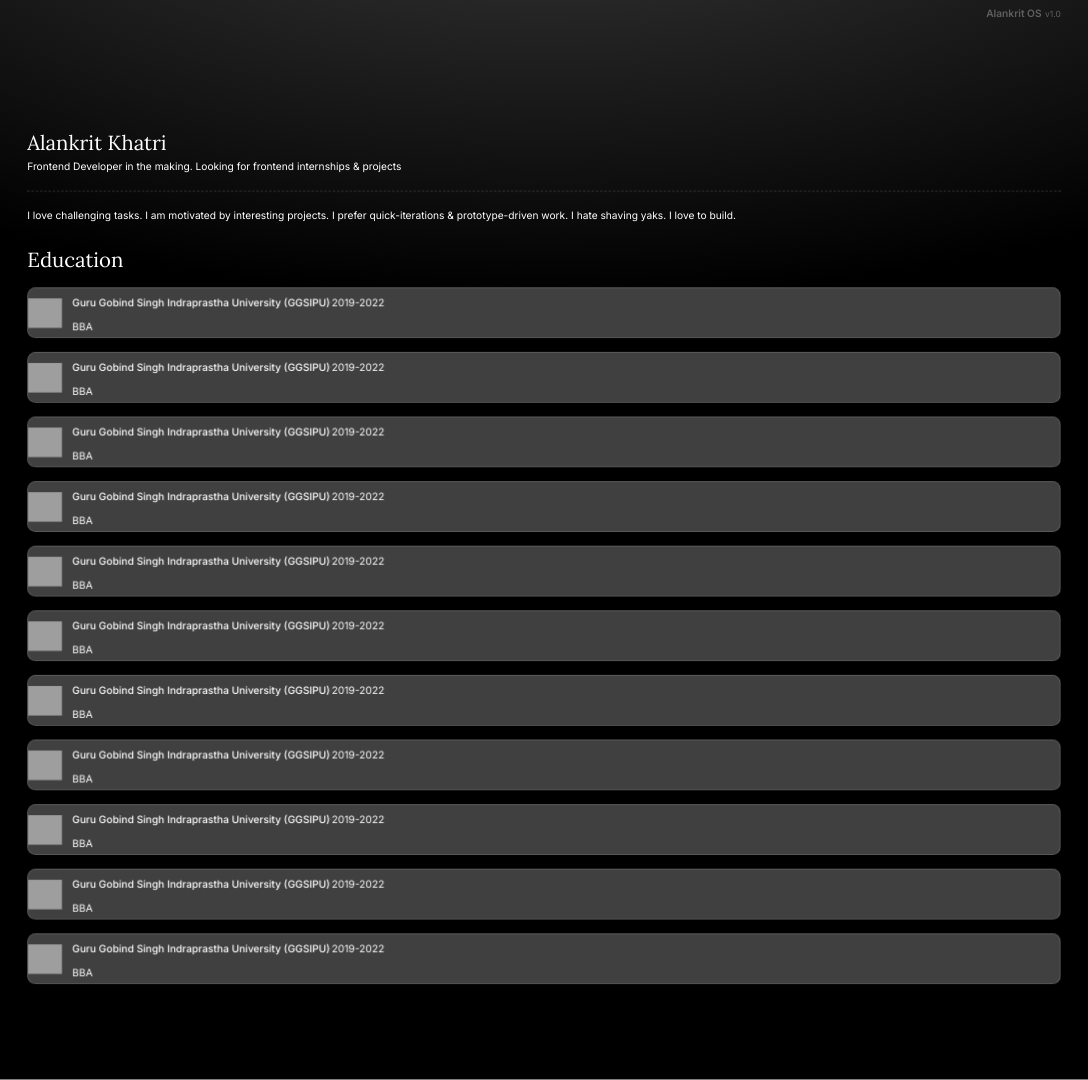
Repository: alankritkhatri/alankrit.xyz
Page: /
An editor plug-in stored every save of this project. The page is shown before and after the next save, followed by the edit.
The browser window is 1280 px wide. The pictures show the whole page, at 85% of full size.
Pictures or frames that could not be fetched are drawn as grey boxes. The project was rebuilt for these pictures with package versions that can differ from the ones it lists, and the page was loaded fresh each time. Also part of the build but not shown: vite.config.js, src/blog.jsx.

Above is the page before, as saved 2024-08-11 20:50:26.

### index.html
<!DOCTYPE html>
<html lang="en">
  <head>
    <meta charset="UTF-8" />

    <link rel="icon" type="image/svg+xml" href="/vite.svg" />
    <link rel="preconnect" href="https://fonts.googleapis.com" />
    <link rel="preconnect" href="https://fonts.gstatic.com" crossorigin />
    <link
      href="https://fonts.googleapis.com/css2?family=Inter:wght@100..900&display=swap"
      rel="stylesheet"
    />

    <link
      href="https://fonts.googleapis.com/css2?family=Lora:ital,wght@0,400..700;1,400..700&display=swap"
      rel="stylesheet"
    />
    <!-- Linkedin link -->
    <script
      src="https://platform.linkedin.com/badges/js/profile.js"
      async
      defer
      type="text/javascript"
    ></script>
<meta name="viewport" content="width=device-width, initial-scale=1.0">
    <title>AlankritOS</title>
  </head>
  <body>
    <div id="root"></div>
    <script type="module" src="/src/main.jsx"></script>
  </body>
</html>

### src/App.jsx
import "./App.css";
import { BrowserRouter as Router, Routes, Route, Link } from "react-router-dom";
import Blog from "./blog";
import Home from "./pages/Home/Home";
const App = () => {
  return (
    <div className="main">
      <Router>
        <Link to="/">
          <div className="logo">
            <h1>Alankrit OS</h1>
            <span>v1.0</span>
          </div>
        </Link>
        <Routes>
          <Route path="/" element={<Home />} />
          <Route path="blog" element={<Blog />} />
        </Routes>
      </Router>
    </div>
  );
};

export default App;

### src/App.css
* {
  margin: 0px;
  padding: 0px;
  box-sizing: border-box;
  font-family: Inter, Haettenschweiler, "Arial Narrow Bold", sans-serif;
}

body,html{
  min-height: 100vh;
background: radial-gradient(100% 50% at 50% -20%, #404040, #000000);
  background-repeat: no-repeat;
}
.main {



  h1 {
    line-height: 32px;
  }
  h2 {
    line-height: 24px;
  }
  h3 {
    line-height: 16px;
  }
  p {
    line-height: 24px;
  }
  color: white;

  padding: 0px 32px;
  a {
    text-decoration: none;
  }
  .logo {
    color: rgba(126, 121, 121, 0.726);
    display: flex;
    align-items: center;
    justify-content: flex-end;
    gap: 4px;

    font-family: monospace;
    animation: flicker 2s infinite;
    h1 {
      font-size: 12px;
      font-weight: 600;
    }
    span {
      font-size: 10px;
      font-weight: 400;
    }
  }
}
/* logo flickr animation */
@keyframes flicker {
  0% {
    opacity: 0;
  }
  9% {
    opacity: 0;
  }
  10% {
    opacity: 0.5;
  }
  13% {
    opacity: 0;
  }
  20% {
    opacity: 0.5;
  }
  25% {
    opacity: 1;
  }
}
@media only screen and (max-width: 600px) {
    body {
        background-color: rgb(255, 188, 3);
    }
}

### src/pages/Home/Home.jsx
import Infosection from "../../components/Info-Section/Infosection.jsx";
import "./Home.css";
import data from "../../alankrit_data/data.json";
const Home = () => {
  return (
    <div className="home">
      <div
        className="badge-base LI-profile-badge"
        data-locale="en_US"
        data-size="medium"
        data-theme="dark"
        data-type="VERTICAL"
        data-vanity="alankrit-khatri"
        data-version="v1"
      >
        {" "}
        </div>

      <div className="about-section">
        <h1 className="name">Alankrit Khatri</h1>
        <p>
          Frontend Developer in the making. Looking for frontend internships &
          projects
        </p>
        <div className="dashed-line"></div>
        <p>
          I love challenging tasks. I am motivated by interesting projects. I
          prefer quick-iterations & prototype-driven work. I hate shaving yaks.
          I love to build.
        </p>
      </div>
      <div className="education-section">
        <h1>Education</h1>
        <Infosection {...data} />
        <Infosection {...data} />
        <Infosection {...data} />
        <Infosection {...data} />
        <Infosection {...data} />
        <Infosection {...data} />
        <Infosection {...data} />
        <Infosection {...data} />
        <Infosection {...data} />
        <Infosection {...data} />
        <Infosection {...data} />
        {console.log(data)}
      </div>
    </div>
  );
};

export default Home;

### src/components/Info-Section/Infosection.jsx
import "./infoSection.css";
const Infosection = (props) => {
  return (
    <>
      <div className="infosection-details">
        <img
          src={props[0].educationDetails.bachelors.logo}
          alt=""
          style={{ width: "40px", height: "35px" }}
        />
        <div className=" infosection-info">
          <div className="infosection-info-top ">
            <h2 style={{ opacity: "1", fontWeight: "500" }}>
              {props[0].educationDetails.bachelors.schoolName}
            </h2>
            <div className="dashed-line"></div>
            <h2> {props[0].educationDetails.bachelors.schoolYears} </h2>
          </div>

          <div className="infosection-info-bottom">
            <h2> {props[0].educationDetails.bachelors.course}</h2>
          </div>
        </div>
      </div>
    </>
  );
};

export default Infosection;

### src/pages/Home/Home.css
.home {
  margin: 96px 0px;
  display: flex;
  flex-direction: column;
  gap: 24px;
  /* dashed line  */
  .dashed-line {
    margin: 16px 0px;
    opacity: 0.1;
    border-width: 1px;
    border-style: dashed;
    color: rgb(255 255 255);
  }
  .hide {
    display: none;
  }
  h1 {
    font-family: "Lora", serif;
    font-size: 24px;
    font-weight: 400;
  }
  h2 {
    font-size: 12px;
    font-style: normal;
    font-weight: 400;
  }
  h3 {
    font-size: 10px;
    font-style: normal;
    font-weight: 300;
  }
  p {
    font-size: 12px;
  }
  .about-section {
    display: flex;
    flex-direction: column;
    .name {
      line-height: 32px;
    }
  }
}

### src/alankrit_data/data.json
[
  {
    "educationDetails": {
      "className": "education-details",
      "bachelors": {
        "schoolName": "Guru Gobind Singh Indraprastha University (GGSIPU)",
        "schoolYears": "2019-2022",
        "course": "BBA",
        "logo": "https://encrypted-tbn0.gstatic.com/images?q=tbn:ANd9GcRM9GNTFenU_T9caTwA63o86iaVHMnf9eeEPw&s"
      },
      "masters": {
        "schoolName": "Guru Gobind Singh Indraprastha University (GGSIPU)",
        "schoolYears": "2019-2022",
        "logo": "https://encrypted-tbn0.gstatic.com/images?q=tbn:ANd9GcRM9GNTFenU_T9caTwA63o86iaVHMnf9eeEPw&s"
      }
    }
  }
]

### src/components/Info-Section/infoSection.css
.infosection-details {
  background: rgba(255, 255, 255, 0.25);
  -webkit-backdrop-filter: blur(4px);
  border-radius: 10px;
  border: 1px solid rgba(255, 255, 255, 0.18);
  backdrop-filter: blur(10px);
  backdrop-filter: saturate(180%) blur(10px);
  display: flex;
  align-items: center;
  gap: 12px;
  margin: 16px 0px;

  .infosection {
    width: 100%;
    min-width: 80%;
    * {
      line-height: 16px;
    }
    h3 {
      letter-spacing: -0.26px;
      opacity: 0.5;
    }
    h2 {
      opacity: 0.5;
    }
  }
  .infosection-info-top {
    display: flex;
    justify-content: space-between;
    align-items: center;
  }
}

Loaded but not shown: src/main.jsx (common file)

After the next save:
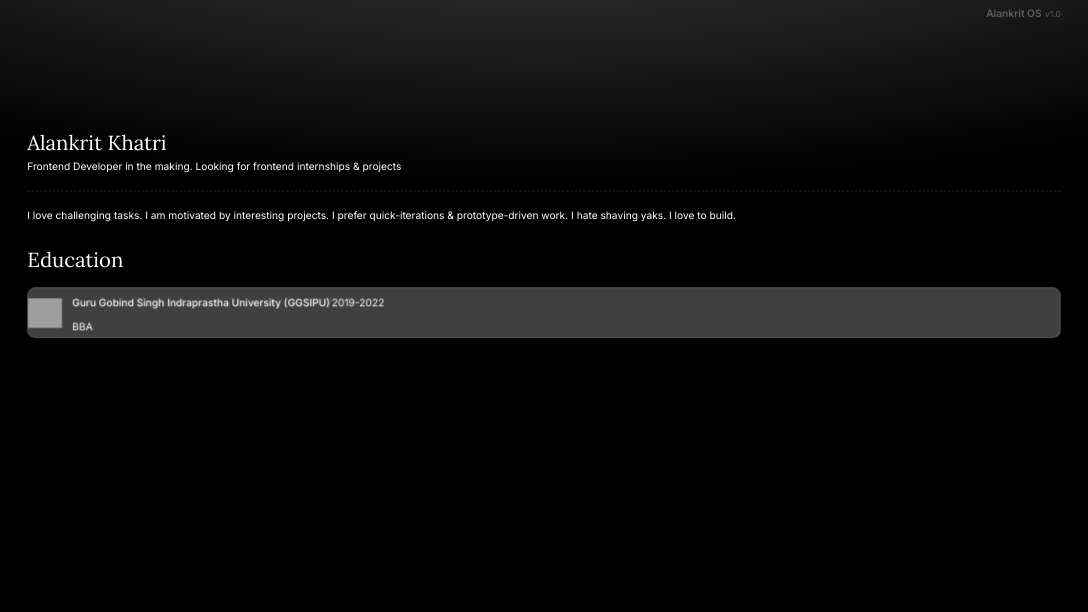
Saved 2 min 44 s later.
--- a/src/pages/Home/Home.jsx
+++ b/src/pages/Home/Home.jsx
@@ -32,16 +32,7 @@ const Home = () => {
       <div className="education-section">
         <h1>Education</h1>
         <Infosection {...data} />
-        <Infosection {...data} />
-        <Infosection {...data} />
-        <Infosection {...data} />
-        <Infosection {...data} />
-        <Infosection {...data} />
-        <Infosection {...data} />
-        <Infosection {...data} />
-        <Infosection {...data} />
-        <Infosection {...data} />
-        <Infosection {...data} />
+
         {console.log(data)}
       </div>
     </div>
